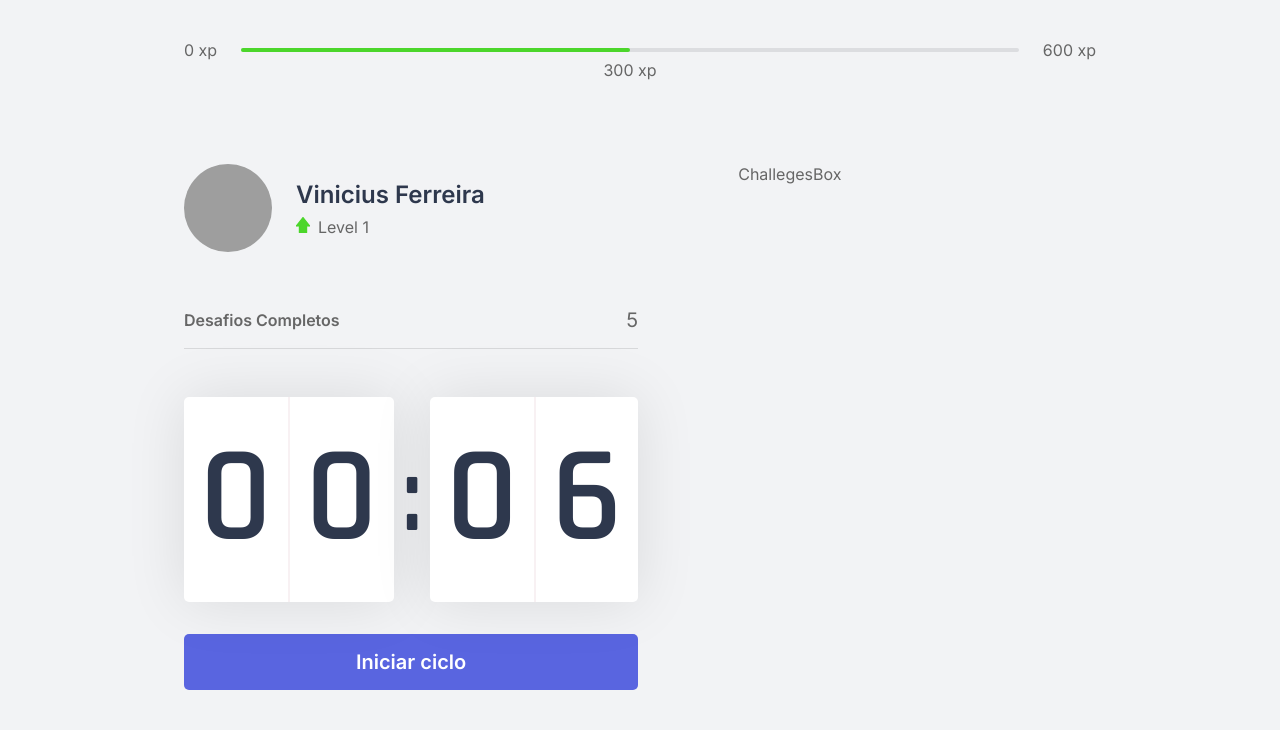
Repository: viniciusfg05/nlwFocus
Page: /
The author's editor kept a copy of each file at every save. The page is drawn from the files as they stood at one save, then again after the next save.
The browser window is 1280 px wide. The pictures show the whole page.
Pictures or frames that could not be fetched are drawn as grey boxes. The project was rebuilt for these pictures with package versions that can differ from the ones it lists, and the page was loaded fresh each time. The framework's server and built-in components were replaced by stand-ins that run in the browser.

Above is the page before, as saved 2022-02-28 10:39:38.

After the next save:
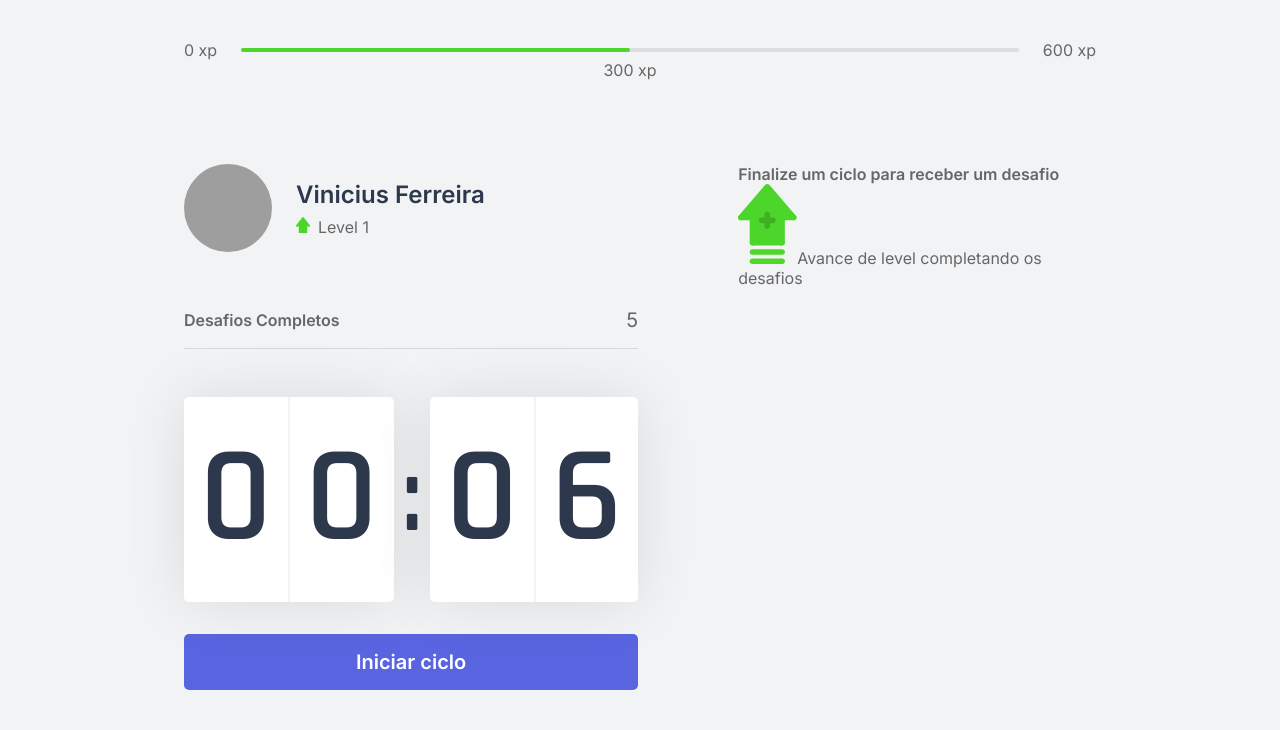
Saved 13 s later.
--- a/src/pages/index.tsx
+++ b/src/pages/index.tsx
@@ -6,6 +6,7 @@ import { Profile } from "../components/Profile";
 import styles from "../styles/pages/Home.module.css"
 
 import Head from 'next/head'
+import { ChallegesBox } from "../components/ChallegesBox";
 
 export default function Home() {
   return (
@@ -23,7 +24,7 @@ export default function Home() {
           <CountDown />
         </div>
         <div>
-        ChallegesBox
+          <ChallegesBox />
         </div>
       </section>
 
